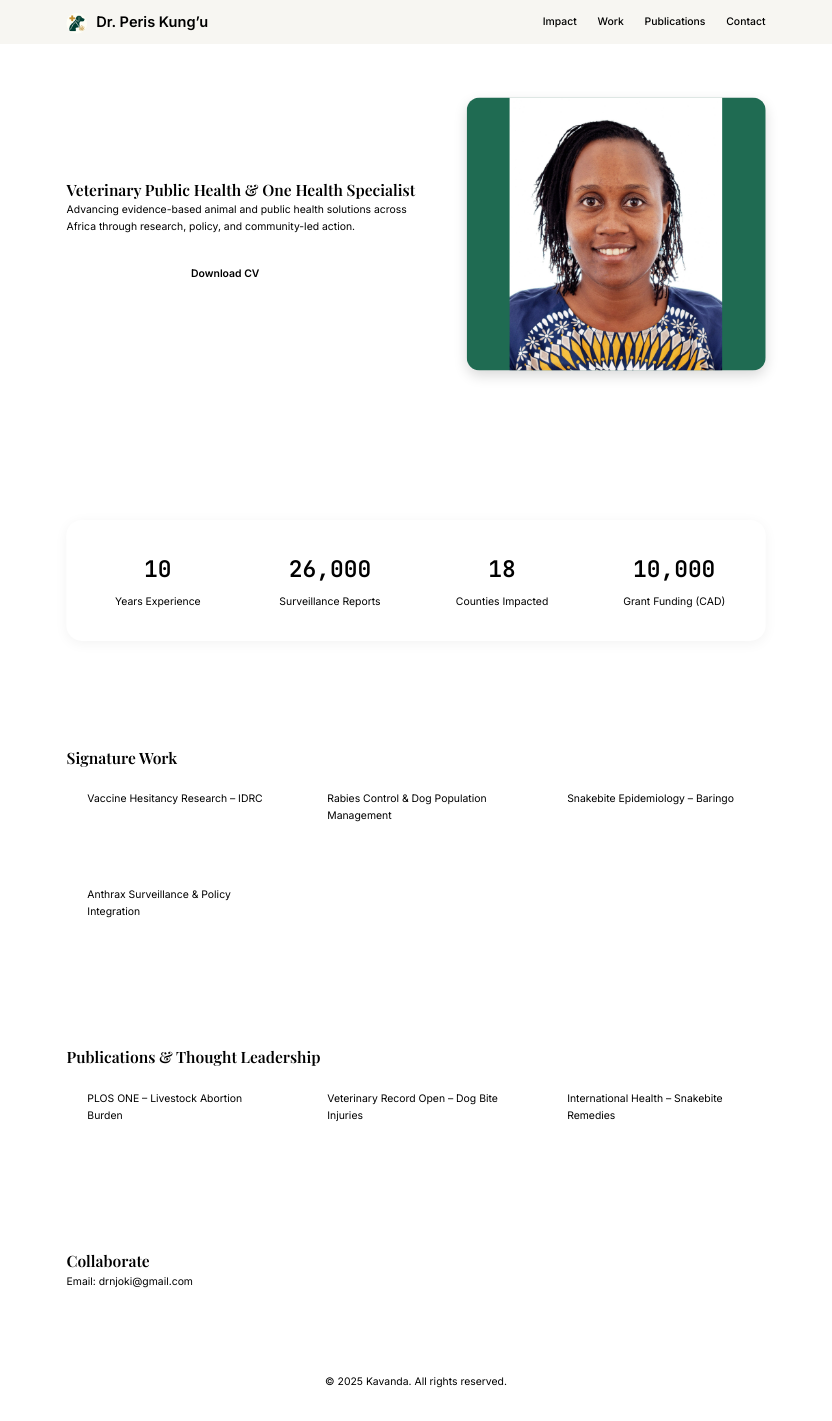
Repository: ladygit-comits/Peris_Portfolio
Page: index.html
An editor plug-in stored every save of this project. The page is shown before and after the next save, followed by the edit.
The browser window is 1280 px wide. The pictures show the whole page, at 65% of full size.

Above is the page before, as saved 2026-01-01 22:17:57.

### index.html
<!DOCTYPE html>
<html lang="en">
<head>
  <meta charset="UTF-8" />
  <meta name="viewport" content="width=device-width, initial-scale=1.0" />
  <link rel="icon" href="images/peris-favicon.jpg" type="image/png">

  <title>Dr. Peris Kung’u | Veterinary Public Health</title>
  <!-- Google Fonts -->
  <link href="https://fonts.googleapis.com/css2?family=Playfair+Display:wght@400;600&family=Inter:wght@300;400;500;600&family=JetBrains+Mono:wght@400;600&display=swap" rel="stylesheet">

  <link rel="stylesheet" href="style.css" />
</head>
<body>

<nav>
  <strong>
    <img src="images/peris-favicon.jpg" alt="Dr. Peris Logo" class="nav-logo">
    Dr. Peris Kung’u
  </strong>
  <ul>
    <li><a href="#impact">Impact</a></li>
    <li><a href="#work">Work</a></li>
    <li><a href="#publications">Publications</a></li>
    <li><a href="#contact">Contact</a></li>
  </ul>
</nav>


<section class="hero">
  <div class="hero-text">
    <h1>Veterinary Public Health & One Health Specialist</h1>
    <p>
      Advancing evidence-based animal and public health solutions across Africa through research, policy, and community-led action.
    </p>
    <div class="cta">
      <a class="btn primary" href="#work">View Impact</a>
      <a class="btn secondary" href="#">Download CV</a>
    </div>
  </div>
  <div class="hero-img"></div>
</section>

<section id="impact">
  <div class="stats">
    <div class="stat">
      <h3 data-count="10">0</h3>
      <p>Years Experience</p>
    </div>
    <div class="stat">
      <h3 data-count="26000">0</h3>
      <p>Surveillance Reports</p>
    </div>
    <div class="stat">
      <h3 data-count="18">0</h3>
      <p>Counties Impacted</p>
    </div>
    <div class="stat">
      <h3 data-count="10000">0</h3>
      <p>Grant Funding (CAD)</p>
    </div>
  </div>
</section>

<section id="work">
  <h2>Signature Work</h2>
  <div class="grid">
    <div class="card">Vaccine Hesitancy Research – IDRC</div>
    <div class="card">Rabies Control & Dog Population Management</div>
    <div class="card">Snakebite Epidemiology – Baringo</div>
    <div class="card">Anthrax Surveillance & Policy Integration</div>
  </div>
</section>

<section id="publications">
  <h2>Publications & Thought Leadership</h2>
  <div class="grid">
    <div class="card">PLOS ONE – Livestock Abortion Burden</div>
    <div class="card">Veterinary Record Open – Dog Bite Injuries</div>
    <div class="card">International Health – Snakebite Remedies</div>
  </div>
</section>

<section id="contact">
  <h2>Collaborate</h2>
  <p>Email: drnjoki@gmail.com</p>
</section>

<footer>
 © 2025 Kavanda. All rights reserved.
</footer>

<script src="script.js"></script>
</body>
</html>

### style.css
Sure! Here's your updated CSS as a proper code block:

```css
:root {
  --primary: #0F3D2E;
  --accent: #C9A24D;
  --bg: #F7F6F2;
  --text: #2E3440;
  --muted: #6B7280;
  --transition: 0.3s ease;
}

* {
  margin: 0;
  padding: 0;
  box-sizing: border-box;
}

body {
  font-family: 'Inter', sans-serif;
  background: var(--bg);
  color: var(--text);
  line-height: 1.6;
  scroll-behavior: smooth;
}

section {
  padding: 5rem 8%;
}

h1, h2, h3 {
  font-family: 'Playfair Display', serif;
  color: var(--primary);
}

nav {
  position: fixed;
  top: 0;
  width: 100%;
  background: rgba(247,246,242,0.95);
  backdrop-filter: blur(10px);
  padding: 1rem 8%;
  display: flex;
  justify-content: space-between;
  align-items: center;
  z-index: 1000;
}

nav strong {
  font-size: 1.4rem;
  cursor: default;
}

nav ul {
  list-style: none;
  display: flex;
  gap: 2rem;
}

nav a {
  text-decoration: none;
  color: inherit;
  font-weight: 500;
  position: relative;
  transition: var(--transition);
}

nav a:hover::after {
  content: '';
  position: absolute;
  left: 0;
  bottom: -4px;
  width: 100%;
  height: 2px;
  background: var(--accent);
  border-radius: 2px;
}

.hamburger {
  display: none;
  flex-direction: column;
  cursor: pointer;
  gap: 5px;
}

.hamburger div {
  width: 25px;
  height: 3px;
  background: var(--text);
  transition: var(--transition);
}

.hero {
  min-height: 100vh;
  display: grid;
  grid-template-columns: 1.2fr 1fr;
  align-items: center;
  gap: 4rem;
}

.hero-text {
  display: flex;
  flex-direction: column;
  justify-content: center;
}

.hero-img {
  height: 420px;
  width: 100%;
  border-radius: 20px;
  background: url('images/peris.jpeg') no-repeat center center;
  background-size: contain;
  background-color: #1f6b52;
  transition: transform 0.3s ease, box-shadow 0.3s ease;
  box-shadow: 0 8px 20px rgba(0, 0, 0, 0.15);
}

.hero-img:hover {
  transform: scale(1.02);
  box-shadow: 0 12px 25px rgba(0, 0, 0, 0.2);
}

@media (max-width: 1100px) {
  .hero {
    grid-template-columns: 1fr;
    text-align: center;
  }

  .hero-img {
    height: 300px;
    margin: 0 auto;
  }

  .hero-text h1 {
    font-size: 2rem;
  }

  .hero-text p {
    max-width: 100%;
  }
}

@media (max-width: 600px) {
  .hero {
    gap: 2rem;
    padding: 2rem 4%;
  }

  .hero-img {
    height: 250px;
  }

  .hero-text h1 {
    font-size: 1.6rem;
  }

  .cta {
    flex-direction: column;
    gap: 1rem;
  }
}

.cta {
  margin-top: 2rem;
  display: flex;
  gap: 1.2rem;
}

.btn {
  padding: 0.9rem 1.6rem;
  border-radius: 30px;
  cursor: pointer;
  border: none;
  font-weight: 600;
  transition: all 0.3s ease;
  text-decoration: none;
}

.btn.primary {
  background: var(--primary);
  color: #fff;
}

.btn.secondary {
  border: 2px solid var(--primary);
  color: var(--primary);
  background: transparent;
}

.btn:hover {
  transform: translateY(-3px);
  box-shadow: 0 8px 15px rgba(0,0,0,0.1);
}

.stats {
  background: #fff;
  border-radius: 24px;
  padding: 3rem 1.5rem;
  display: grid;
  grid-template-columns: repeat(auto-fit, minmax(150px, 1fr));
  gap: 2rem;
  box-shadow: 0 4px 20px rgba(0,0,0,0.05);
}

.stat {
  text-align: center;
}

.stat h3 {
  font-family: 'JetBrains Mono', monospace;
  font-size: 2.2rem;
}

.stat p {
  font-size: 1rem;
  margin-top: 0.5rem;
  color: var(--muted);
}

@media (max-width: 600px) {
  .stats {
    padding: 2rem 1rem;
    gap: 1.5rem;
  }

  .stat h3 {
    font-size: 1.8rem;
  }

  .stat p {
    font-size: 0.9rem;
  }
}

.grid {
  display: grid;
  grid-template-columns: repeat(auto-fit, minmax(280px, 1fr));
  gap: 2rem;
}

.card {
  background: #fff;
  padding: 2rem;
  border-radius: 20px;
  transition: transform 0.3s ease, box-shadow 0.3s ease;
  cursor: pointer;
}

.card:hover {
  transform: translateY(-6px);
  box-shadow: 0 12px 25px rgba(0,0,0,0.1);
}

footer {
  text-align: center;
  padding: 3rem;
  color: var(--muted);
}

#scrollTop {
  position: fixed;
  bottom: 20px;
  right: 20px;
  background: var(--primary);
  color: #fff;
  padding: 0.6rem 0.9rem;
  border-radius: 50%;
  cursor: pointer;
  font-size: 1.3rem;
  display: none;
  z-index: 100;
  transition: background 0.3s ease;
}

#scrollTop:hover {
  background: var(--accent);
}

@media (max-width: 900px) {
  .hero {
    grid-template-columns: 1fr;
    text-align: center;
    gap: 2rem;
  }
  .hero-img {
    height: 300px;
    margin: 0 auto;
  }
  nav ul {
    position: fixed;
    top: 70px;
    right: -100%;
    width: 200px;
    background: var(--bg);
    height: calc(100vh - 70px);
    flex-direction: column;
    align-items: center;
    padding-top: 2rem;
    gap: 1.5rem;
    transition: right 0.3s ease;
    box-shadow: -5px 0 20px rgba(0,0,0,0.1);
  }
  nav ul.show {
    right: 0;
  }
  .hamburger {
    display: flex;
  }
}

.nav-logo {
  width: 32px;
  height: 32px;
  vertical-align: middle;
  margin-right: 0.5rem;
  border-radius: 50%;
  object-fit: cover;
}

### script.js
// Counter Animation
const counters = document.querySelectorAll('[data-count]');

function animateCounters() {
  counters.forEach(counter => {
    const target = +counter.dataset.count;
    let count = 0;
    const increment = target / 80;

    function update() {
      count += increment;
      if (count < target) {
        counter.innerText = Math.ceil(count);
        requestAnimationFrame(update);
      } else {
        counter.innerText = target.toLocaleString();
      }
    }

    update();
  });
}

window.addEventListener('load', animateCounters);

// Scroll to Top Button
const scrollTop = document.createElement('div');
scrollTop.id = 'scrollTop';
scrollTop.innerHTML = '↑';
document.body.appendChild(scrollTop);

scrollTop.addEventListener('click', () => {
  window.scrollTo({ top: 0, behavior: 'smooth' });
});

window.addEventListener('scroll', () => {
  if (window.scrollY > 300) {
    scrollTop.style.display = 'block';
  } else {
    scrollTop.style.display = 'none';
  }
});

// Hamburger Menu Toggle
const hamburger = document.createElement('div');
hamburger.classList.add('hamburger');
hamburger.innerHTML = '<div></div><div></div><div></div>';
document.querySelector('nav').appendChild(hamburger);

const navMenu = document.querySelector('nav ul');

hamburger.addEventListener('click', () => {
  navMenu.classList.toggle('show');
  hamburger.classList.toggle('active');

  // Toggle X
  if (hamburger.classList.contains('active')) {
    hamburger.innerHTML = '<div style="transform: rotate(45deg) translate(5px,5px)"></div><div style="opacity:0"></div><div style="transform: rotate(-45deg) translate(6px,-6px)"></div>';
  } else {
    hamburger.innerHTML = '<div></div><div></div><div></div>';
  }
});

After the next save:
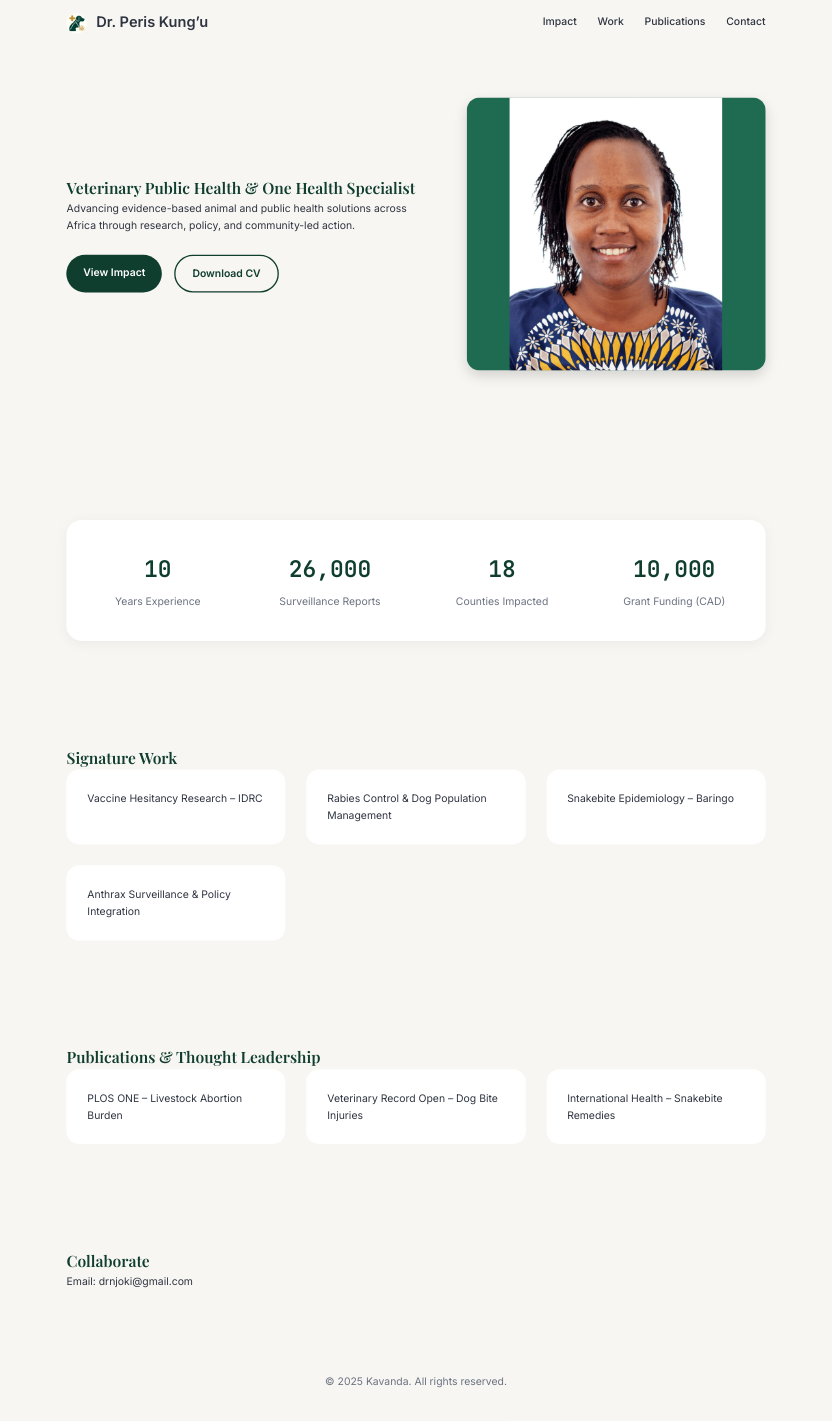
Saved 10 s later.
--- a/style.css
+++ b/style.css
@@ -1,6 +1,3 @@
-Sure! Here's your updated CSS as a proper code block:
-
-```css
 :root {
   --primary: #0F3D2E;
   --accent: #C9A24D;
